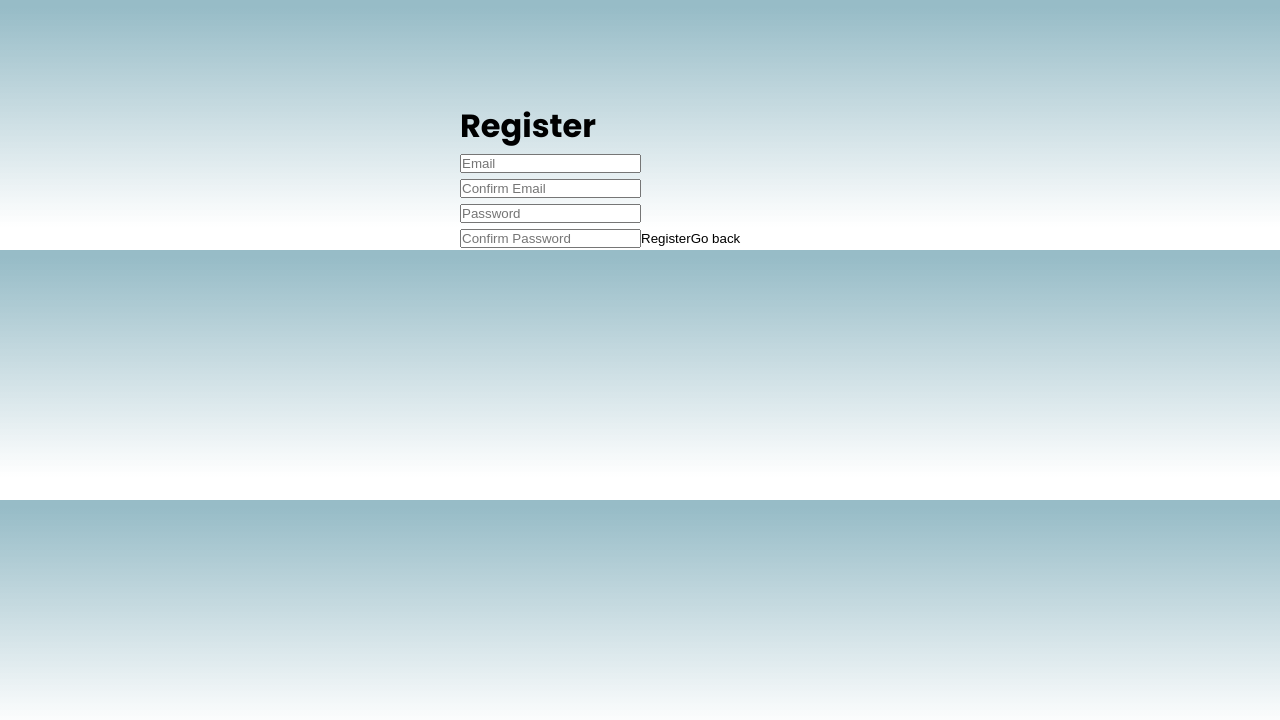
Repository: itadori17/HotelBooking
Page: /register
An editor plug-in stored every save of this project. The page is shown before and after the next save, followed by the edit.
The browser window is 1280 px wide. The pictures show the whole page.
Some web libraries are served in a nearby version. The project was rebuilt for these pictures with package versions that can differ from the ones it lists, and the page was loaded fresh each time. Also part of the build but not shown: src/Components/HomeSection/Navbar.css, src/Components/HomeSection/Navbar.js, src/Components/HomeSection/Data.js, src/Components/HomeSection/Slides.js, src/Components/HomeSection/Hero.js, src/Components/Pages/Home.js, src/Components/Pages/Login.js.

Above is the page before, as saved 2022-07-12 09:50:35.

### public/index.html
<!DOCTYPE html>
<html lang="en">
  <head>
    <meta charset="utf-8" />
    <link rel="icon" href="%PUBLIC_URL%/favicon.ico" />
    <meta name="viewport" content="width=device-width, initial-scale=1" />
    <meta name="theme-color" content="#000000" />
    <meta
      name="description"
      content="Web site created using create-react-app"
    />
    <link rel="apple-touch-icon" href="%PUBLIC_URL%/logo192.png" />
    <!--
      manifest.json provides metadata used when your web app is installed on a
      user's mobile device or desktop. See https://developers.google.com/web/fundamentals/web-app-manifest/
    -->
    <link rel="manifest" href="%PUBLIC_URL%/manifest.json" />
    <!--
      Notice the use of %PUBLIC_URL% in the tags above.
      It will be replaced with the URL of the `public` folder during the build.
      Only files inside the `public` folder can be referenced from the HTML.

      Unlike "/favicon.ico" or "favicon.ico", "%PUBLIC_URL%/favicon.ico" will
      work correctly both with client-side routing and a non-root public URL.
      Learn how to configure a non-root public URL by running `npm run build`.
    -->
    <link rel="stylesheet" href="https://use.fontawesome.com/releases/v6.1.1/css/all.css"
    integrity="sha384-/frq1SRXYH/bSyou/HUp/hib7RVN1TawQYja658FEOodR/FQBKVqT9Ol+Oz3Olq5"
    crossorigin="anonymous"/>

    <title>React App</title>
  </head>
  <body>
    <noscript>You need to enable JavaScript to run this app.</noscript>
    <div id="root"></div>
    <!--
      This HTML file is a template.
      If you open it directly in the browser, you will see an empty page.

      You can add webfonts, meta tags, or analytics to this file.
      The build step will place the bundled scripts into the <body> tag.

      To begin the development, run `npm start` or `yarn start`.
      To create a production bundle, use `npm run build` or `yarn build`.
    -->
  </body>
</html>

### src/App.js

import './App.css';
import Home from './Components/Pages/Home';
import Login from './Components/Pages/Login';
import Register from './Components/Pages/Register'
import { BrowserRouter as Router,
  Routes,
  Route

  } from "react-router-dom";

function App() {
  return (

       <div className="app">
      <Router>
        <Routes>
          <Route path='/' element={<Login/>}  />
          <Route path='/home' element={<Home/>}/>
          <Route path='/register' element={<Register/>}/>
        </Routes>
      </Router>
    </div>

  );
}

export default App;

### src/App.css

@import url('https://fonts.googleapis.com/css2?family=Poppins:wght@200;300;400;500;600;700;800;900&display=swap');
*{
  padding: 0;
  margin: 0;
  box-sizing: border-box;
}
body{
  background: linear-gradient(180deg, #97BCC7 3.18%, rgba(5, 61, 87, 0) 90.85%);
  font-family: "Poppins", san;
}

a {
  text-decoration: none;
}
.flex {
  display: flex;
}

.flex_space {
  display: flex;
  justify-content: space-between;
}

.container {
  max-width: 85%;
  margin: auto;
}
li{
  list-style-type: none;
}
button {
  background: none;
  border: none;
  outline: none;
  cursor: pointer;
}
.primary-btn {
  padding: 20px 50px;
  background: #FF0000;
  color: white;
  border-radius: 12px;
  font-weight: 100;
  letter-spacing: 2px;
  transition: 02s;
  font-size: 15px;

}

.primary-btn:hover {
  transition:  05s ease_in ;
  background-color: rgb(151, 4, 248);
}

### src/Components/Pages/Register.js
import React, {useState} from 'react'
import {useNavigate} from 'react-router-dom';
import { createUserWithEmailAndPassword } from 'firebase/auth';
import { auth } from './firebase';
import '../styles/register.css';

export default function Register() {


    const navigate = useNavigate();
    const [registerInformation, setRegisterInformation] = useState({
        email: " ",
        confirmEmail: "",
        password: "",
        confirmPassword:"",
    })

    const handleBack =() => {
        navigate('/')
    }
    const handleRegister = () => {
        if(registerInformation.email !== registerInformation.confirmEmail  ){
            alert("Email  doen not match")
            return
        }else if (registerInformation.password !== registerInformation.confirmPassword){
            alert(" Password doen not match")
            return
        }
        createUserWithEmailAndPassword(auth, registerInformation.email, registerInformation.password).then(() => {
            navigate('/');
        })
        .catch((err) => alert(err.message));

    };

  return (
    <div className='login-page'>
        <h1>Register</h1>
        <div className='for'>
         <input
         className='input'
              type="email"
              placeholder="Email"
              value={registerInformation.email}
              onChange={(e) =>
              setRegisterInformation({...registerInformation, email: e.target.value})} />


            <input
              type="email"
              placeholder="Confirm Email"
              value={registerInformation.confirmEmail}
              onChange={(e) =>
              setRegisterInformation({...registerInformation, confirmEmail: e.target.value})} />


            <input
              type="password"
              placeholder="Password"
              value={registerInformation.password}
              onChange={(e) =>
                setRegisterInformation({...registerInformation, password: e.target.value})} />


            <input
              type="password"
              placeholder="Confirm Password"
              value={registerInformation.confirmPassword}
              onChange={(e) =>
                setRegisterInformation({...registerInformation, confirmPassword: e.target.value})} />

            <button className="sign-in-register-button" onClick={handleRegister}>Register</button>
            <button className="create-account-button" onClick={ handleBack}>Go back</button>


    </div>
    </div>
  )
}

### src/Components/Pages/firebase.js
import { initializeApp } from "firebase/app";
import {getAuth} from 'firebase/auth';
import {getDatabase} from "firebase/database";

const firebaseConfig = {
    apiKey: "AIzaSyAe4tThGqGL_q8ibnSXlc8Vlg9sDf9W658",
    authDomain: "booking-app-80180.firebaseapp.com",
    projectId: "booking-app-80180",
    storageBucket: "booking-app-80180.appspot.com",
    messagingSenderId: "353476429267",
    appId: "1:353476429267:web:a7e54feebbc6c2ae1d5b26"
  };

  // Initialize Firebase
  const app = initializeApp(firebaseConfig);

  export const db = getDatabase(app);
  export const auth = getAuth();

### src/Components/styles/register.css
.login-page {
    width: 360px;
    padding: 8% 0 0;
    margin: auto;
  }
  .form {
    position: relative;
    z-index: 1;
    background: #FFFFFF;
    max-width: 360px;
    margin: 0 auto 100px;
    padding: 45px;
    text-align: center;
    box-shadow: 0 0 20px 0 rgba(0, 0, 0, 0.2), 0 5px 5px 0 rgba(0, 0, 0, 0.24);
  }
  .form input {
    font-family: "Roboto", sans-serif;
    outline: 0;
    background: #f2f2f2;
    width: 100%;
    border: 0;
    margin: 0 0 15px;
    padding: 15px;
    box-sizing: border-box;
    font-size: 14px;
  }
  .form button {
    font-family: "Roboto", sans-serif;
    text-transform: uppercase;
    outline: 0;
    background: #4CAF50;
    width: 100%;
    border: 0;
    padding: 15px;
    color: #FFFFFF;
    font-size: 14px;
    -webkit-transition: all 0.3 ease;
    transition: all 0.3 ease;
    cursor: pointer;
  }
  .form button:hover,.form button:active,.form button:focus {
    background: #43A047;
  }
  .form .message {
    margin: 15px 0 0;
    color: #b3b3b3;
    font-size: 12px;
  }
  .form .message a {
    color: #4CAF50;
    text-decoration: none;
  }
  .form .message a:hover {
    text-decoration: underline;
  }
  .form .register-form {
    display: none;
  }
  .container {
    position: relative;
    z-index: 1;
    max-width: 300px;
    margin: 0 auto; }

Loaded but not shown: src/index.js (common file); src/index.css (common file); src/reportWebVitals.js (common file)

After the next save:
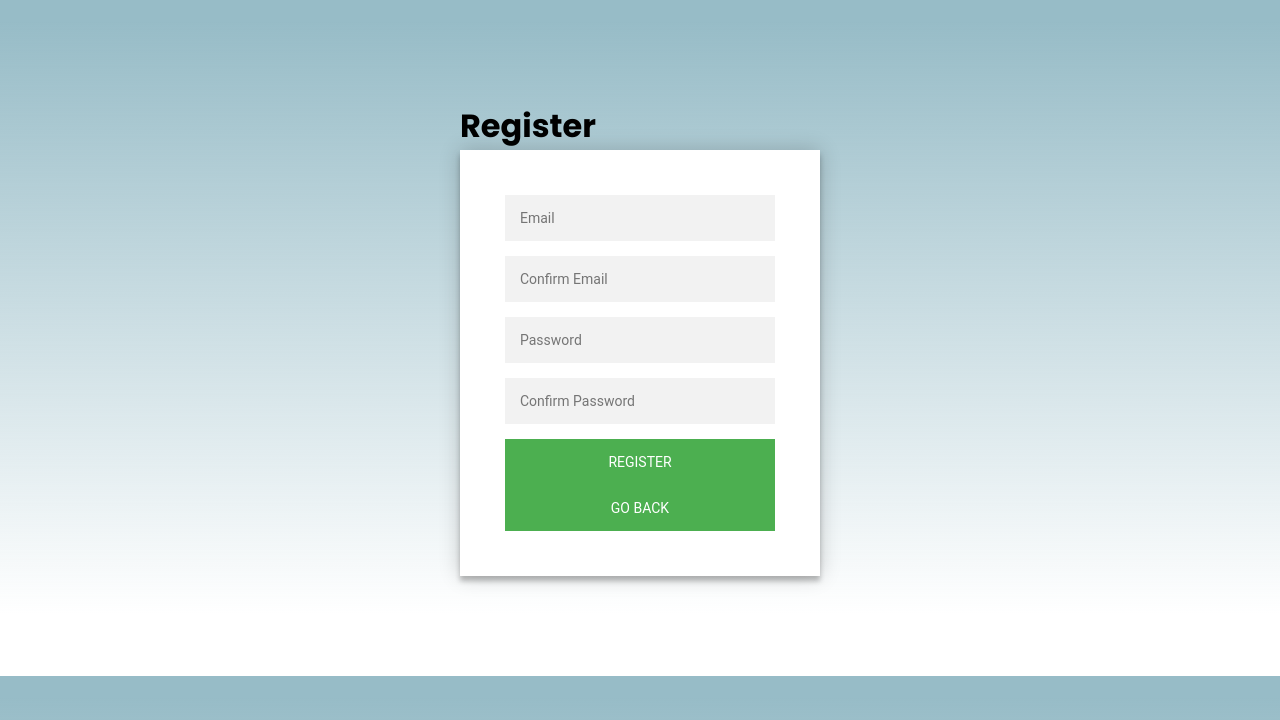
Saved 4 s later.
--- a/src/Components/Pages/Register.js
+++ b/src/Components/Pages/Register.js
@@ -36,7 +36,7 @@ export default function Register() {
   return (
     <div className='login-page'>
         <h1>Register</h1>
-        <div className='for'>
+        <div className='form'>
          <input
          className='input'
               type="email"
